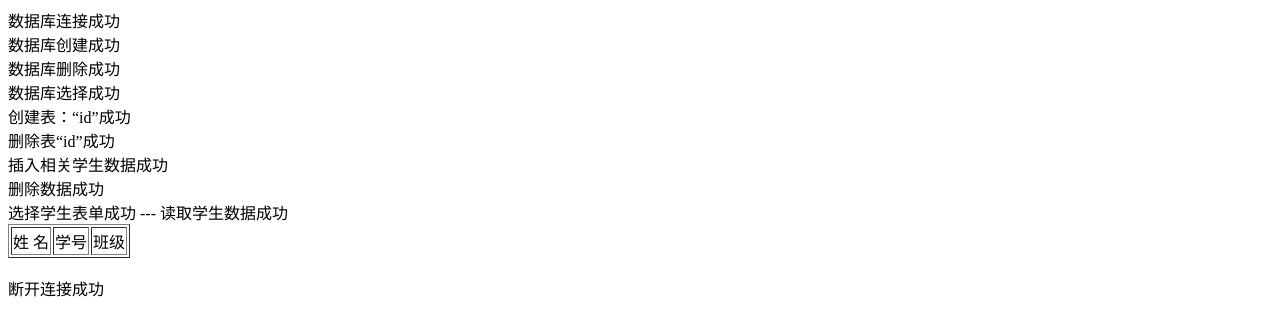
Repository: ZxxWs/P_M_learn
Page: http://localhost/
These files come from the project's save history. The page is drawn as it stood at one moment and after the next save; the edit follows.
The browser window is 1280 px wide. The pictures show the whole page.
The page is run by PHP 8.4 with error messages shown; the project is at /var/www/html/. Queries for data that is not in the repository find no rows.

Above is the page before, as saved 2019-03-19 11:59:45.

### Mysql_learn/index.php

<meta charset="utf-8"/>
<?php

//MySQL在PHP中的方法：mysqli_function(value,value1....)

//************************************************************
//连接MySQL：
$host='localhost:3306';                    //可选，主机名|IP
$username='root';          //可选，MySQL用户名
$password;          //可选，MySQL密码
$dbname;            //可选，默认数据库
$port;                  //端口号
$socket;            //规定socket
$conn=mysqli_connect($host,$username);
//mysqli_close($link);//关闭与于数据库的连接
if($conn)
    echo "数据库连接成功";
echo "<br />";

//************************************************************
//创建数据库
$create="create database phpcreat";
$createdatabase=mysqli_query($conn, $create);
if($createdatabase)
    echo "数据库创建成功";
echo "<br />";

//删除数据库
$drop="drop database phpcreat";
$drop=mysqli_query($conn, $drop);
if($drop)
    echo "数据库删除成功";
else{
    die('连接失败: ' . mysqli_error($conn));
}
echo "<br />";


//************************************************************
//选择数据库
$dbname="test";
$select=mysqli_select_db($conn, $dbname);
if($select)
    echo "数据库选择成功";
    else{
        die('连接失败: ' . mysqli_error($conn));
    }
echo "<br />";


//************************************************************
//创建表
$table="create table phptable(id int)";
$createtable=mysqli_query($conn, $table);
if($createtable)
    echo "创建表：“id”成功";
else{
    die('连接失败: ' . mysqli_error($conn));
}
echo "<br />";

//删除表
$droptable="drop table phptable";
$droptablea=mysqli_query($conn, $droptable);
if($droptablea)
    echo "删除表“id”成功";
echo "<br/>";


//***********************
mysqli_query($conn , "set names utf8");// 设置编码，防止中文乱码
//***********************
//向表中插入数据————>students:name,num,class
$stuname="吴霜";
$stunum=1707004101;
$stuclass=17070144;
$sqldata="insert into students".
         "(name,num,class)".
         "values".
         "('$stuname','$stunum','$stuclass')";
$into=mysqli_query($conn, $sqldata);
if($into)
    echo "插入相关学生数据成功";
    echo "<br/>";

//***********************
//在表中删除数据
$deletedata="delete from students where num=1707004101";
$deleteend=mysqli_query($conn,$deletedata);
if($deleteend)
    echo "删除数据成功<br/>";



//***********************************************************
//读取数据库
//读取数据库的方式多种多样
$readdata='select name,num,class from students';
$selecttable=mysqli_select_db($conn, 'test');//选择表
if($selecttable)
    echo "选择学生表单成功";
    echo "  ---  \0";
$readendl=mysqli_query($conn, $readdata);
if($readendl)
    echo "读取学生数据成功";
    echo "<br/>";

echo '<table border="1"><td>姓   名</td><td>学号</td><td>班级</td></tr>';
while($whilee=mysqli_fetch_array($readendl,MYSQLI_ASSOC)){//每次读取的数据会复制给$whilee
    echo "<tr><td>{$whilee['name']}</td>".                //参数MYSQLI_ASSOC查询结果返回关联数据
        "<td>{$whilee['num']}</td>".
        "<td>{$whilee['class']}</td>".
        "</tr>";
}
echo '</table>'."<br/>";


 //释放内存
mysqli_free_result($readendl);
$close=mysqli_close($conn);
if($close)
    echo "断开连接成功";

After the next save:
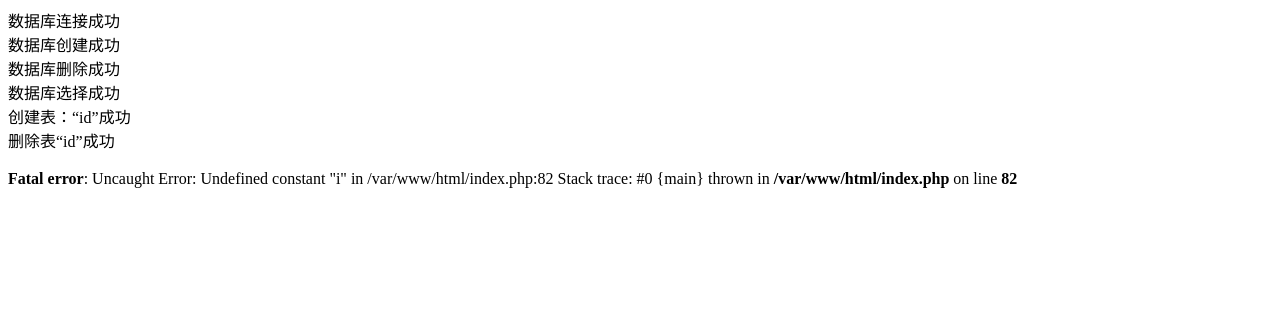
Saved 17 min 21 s later.
--- a/Mysql_learn/index.php
+++ b/Mysql_learn/index.php
@@ -79,11 +79,13 @@ $sqldata="insert into students".
          "(name,num,class)".
          "values".
          "('$stuname','$stunum','$stuclass')";
+for($i=0;i<10;i+1){
+    $stunum+2;
 $into=mysqli_query($conn, $sqldata);
 if($into)
     echo "插入相关学生数据成功";
     echo "<br/>";
-
+}
 //***********************
 //在表中删除数据
 $deletedata="delete from students where num=1707004101";
